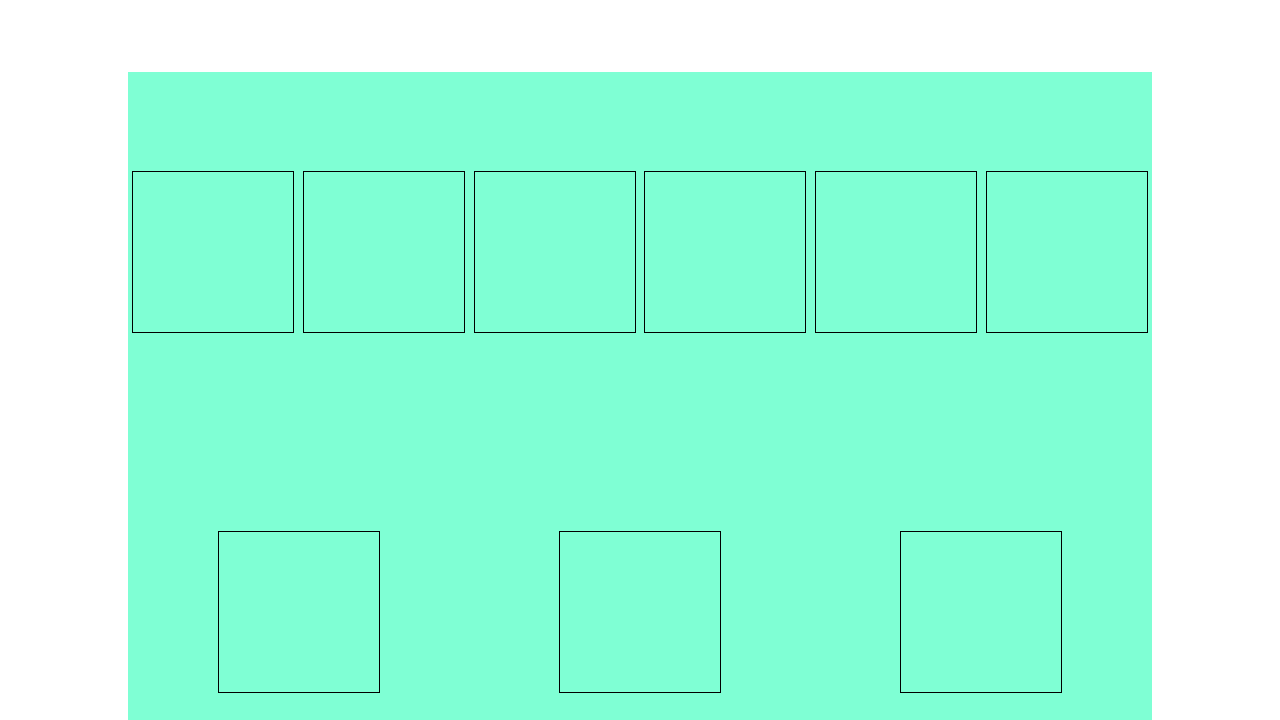
Repository: lidkaa/devTasks
Page: 0. Zadania Testowe/zadania/FlexboxCentered.html
The author's editor kept a copy of each file at every save. The page is drawn from the files as they stood at one save, then again after the next save.
The browser window is 1280 px wide. The pictures show the whole page.

Above is the page before, as saved 2022-01-31 13:20:01.

### 0. Zadania Testowe/zadania/FlexboxCentered.html
<!DOCTYPE html>
<html lang="en">
<head>
    <meta charset="UTF-8">
    <meta http-equiv="X-UA-Compatible" content="IE=edge">
    <meta name="viewport" content="width=device-width, initial-scale=1.0">
    <link rel="stylesheet" type="text/css" href="flexboxcentered.css">
    <title>Document</title>
</head>
<body>
    <div class="presentation">
        <ul class="cells">
            <li class="cell">
                <img/>
            </li>
            <li class="cell">
                <img/>
            </li>
            <li class="cell">
                <img/>
            </li>
            <li class="cell">
                <img/>
            </li>
            <li class="cell">
                <img/>
            </li>
            <li class="cell">
                <img/>
            </li>
            <li class="cell">
                <img/>
            </li>
            <li class="cell">
                <img/>
            </li>
            <li class="cell">
                <img/>
            </li>
        </ul>
    </div>
</body>
</html>

### 0. Zadania Testowe/zadania/flexboxcentered.css
* {
    margin: 0;
    padding: 0;
}

.presentation {
    position: fixed;
    height: 120vh;
    width: 100vw;
    display: flex;
    justify-content: center;
    align-items: center;
}

.cells {
    display: flex;
    justify-content: space-around;
    align-items: center;
    flex-direction: row;
    flex-wrap: wrap;
    list-style-type: none;
    height: 100vh;
    width: 80vw;
    background-color: aquamarine;
    margin: 3em 3em;
}

.cell {
    height: 10rem;
    width: 10rem;
    border: 1px solid black;
}

After the next save:
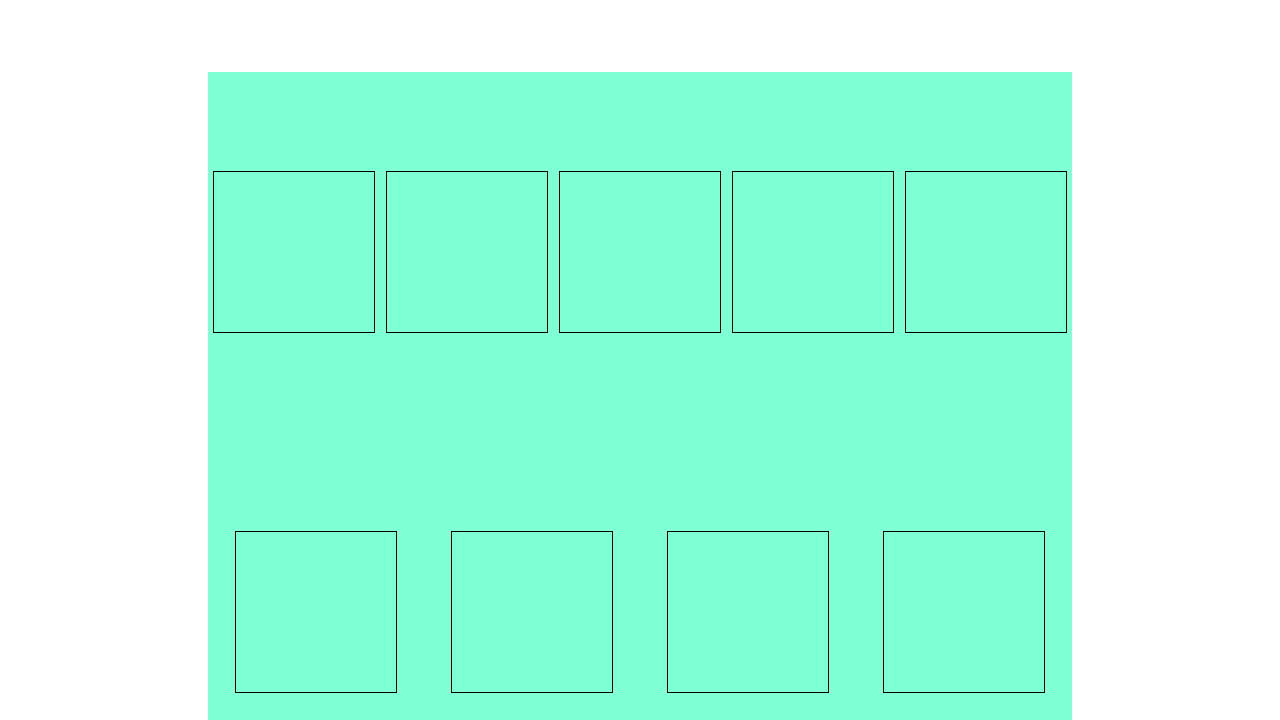
Saved 11 s later.
--- a/0. Zadania Testowe/zadania/flexboxcentered.css
+++ b/0. Zadania Testowe/zadania/flexboxcentered.css
@@ -22,7 +22,7 @@
     height: 100vh;
     width: 80vw;
     background-color: aquamarine;
-    margin: 3em 3em;
+    margin: 13em 13em;
 }
 
 .cell {

After the save that followed:
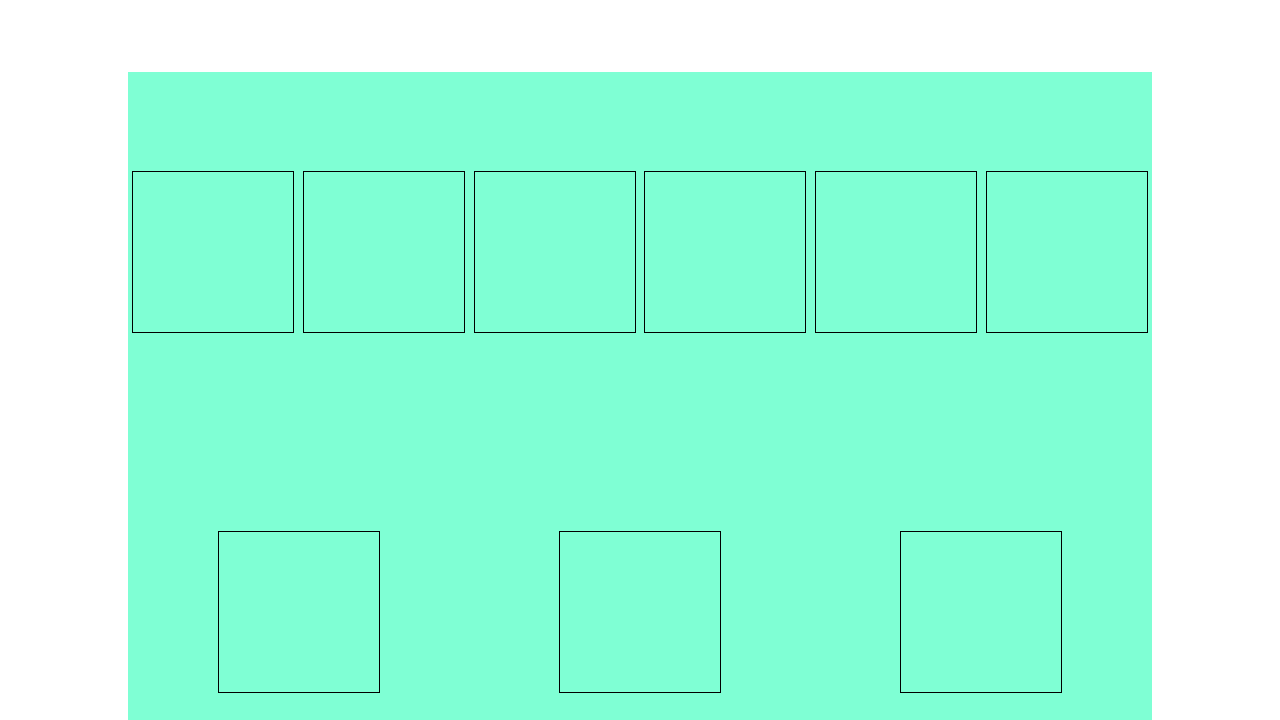
Saved 17 s later.
--- a/0. Zadania Testowe/zadania/flexboxcentered.css
+++ b/0. Zadania Testowe/zadania/flexboxcentered.css
@@ -22,7 +22,7 @@
     height: 100vh;
     width: 80vw;
     background-color: aquamarine;
-    margin: 13em 13em;
+    margin: 50px;
 }
 
 .cell {
